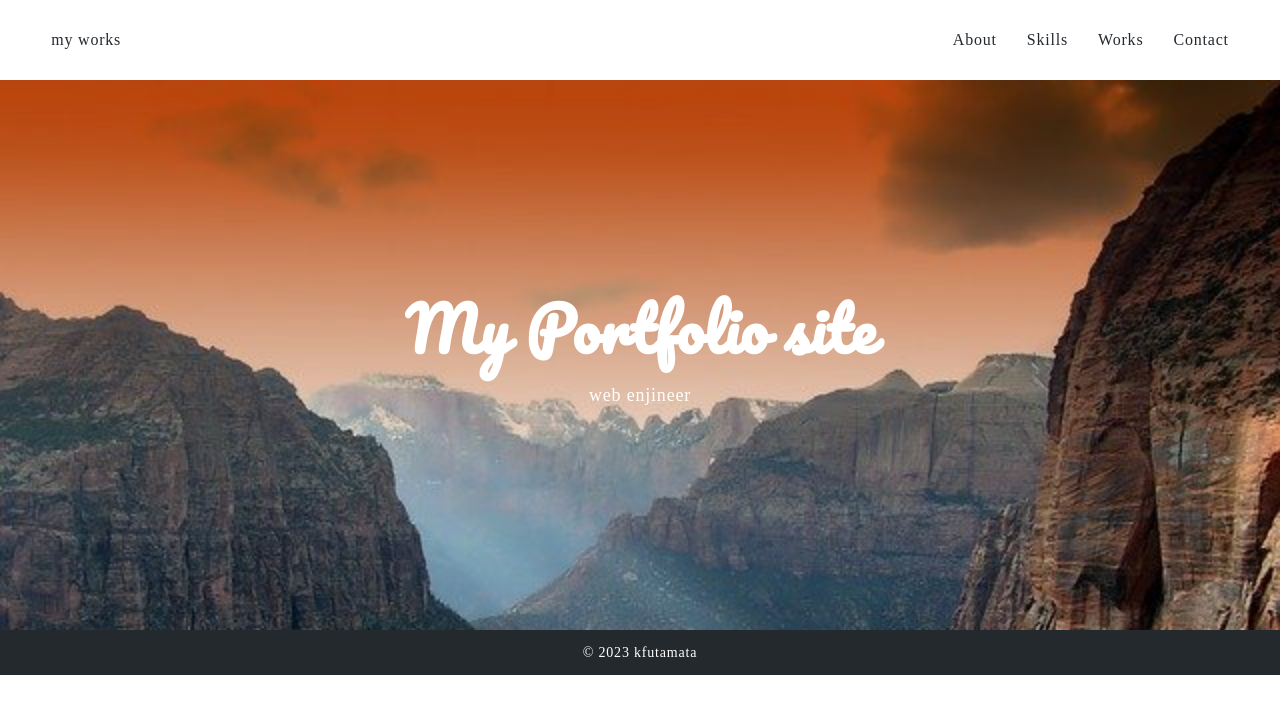
Repository: F-ksk/portfolio
Page: index.html
These files come from the project's save history. The page is drawn as it stood at one moment and after the next save; the edit follows.
The browser window is 1280 px wide. The pictures show the whole page.

Above is the page before, as saved 2023-06-28 01:33:46.

After the next save:
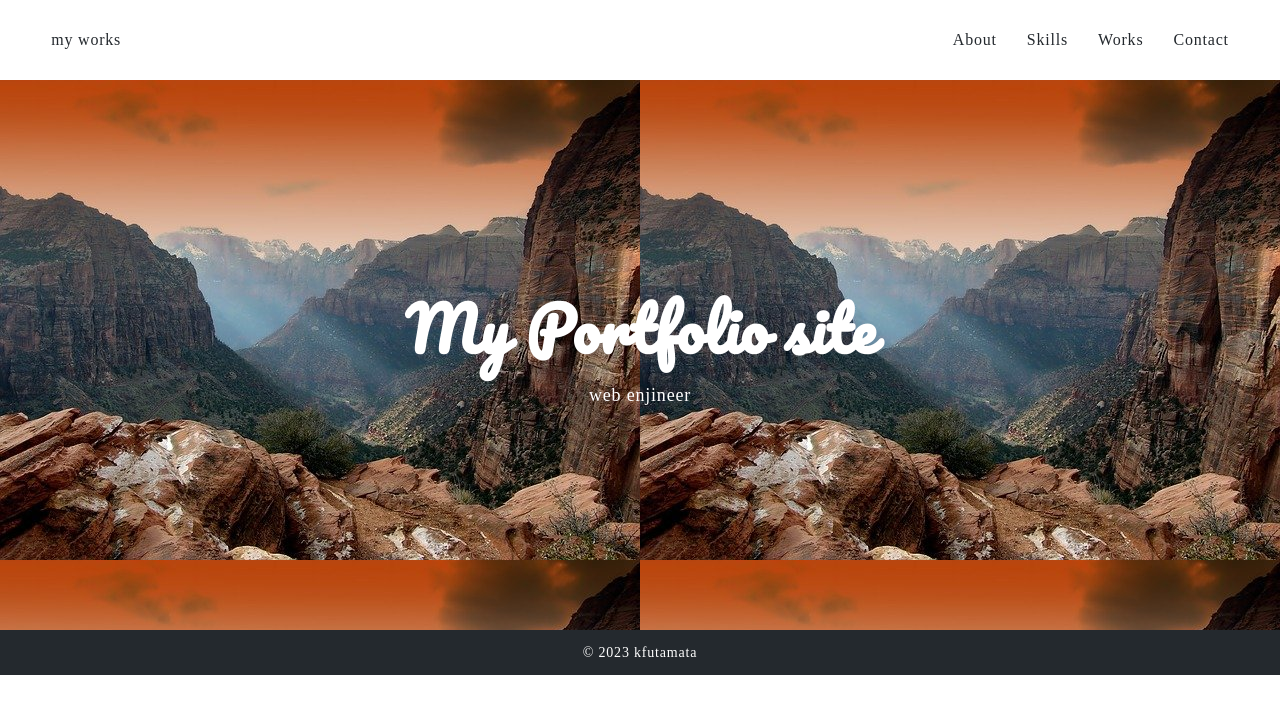
Saved 105 s later.
--- a/css/style.css
+++ b/css/style.css
@@ -77,7 +77,7 @@
     width: 100%;
     height: 550px;
     background-image: url(/img/mountain.jpg);
-    background-size: cover;
+    /* /*background-size: cover;/ */
     color: #FFF;
     text-align: center;
     display: flex;

After the save that followed:
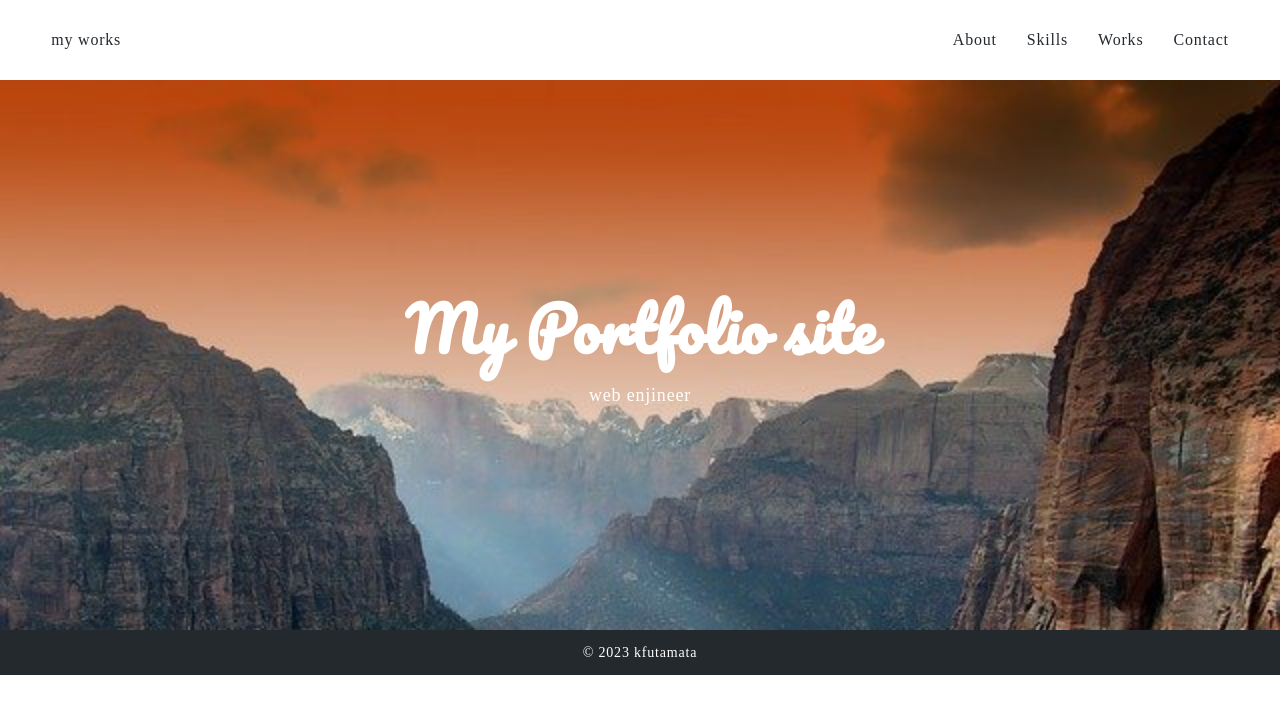
Saved 2 min 8 s later.
--- a/css/style.css
+++ b/css/style.css
@@ -77,7 +77,7 @@
     width: 100%;
     height: 550px;
     background-image: url(/img/mountain.jpg);
-    /* /*background-size: cover;/ */
+    background-size: cover;
     color: #FFF;
     text-align: center;
     display: flex;
